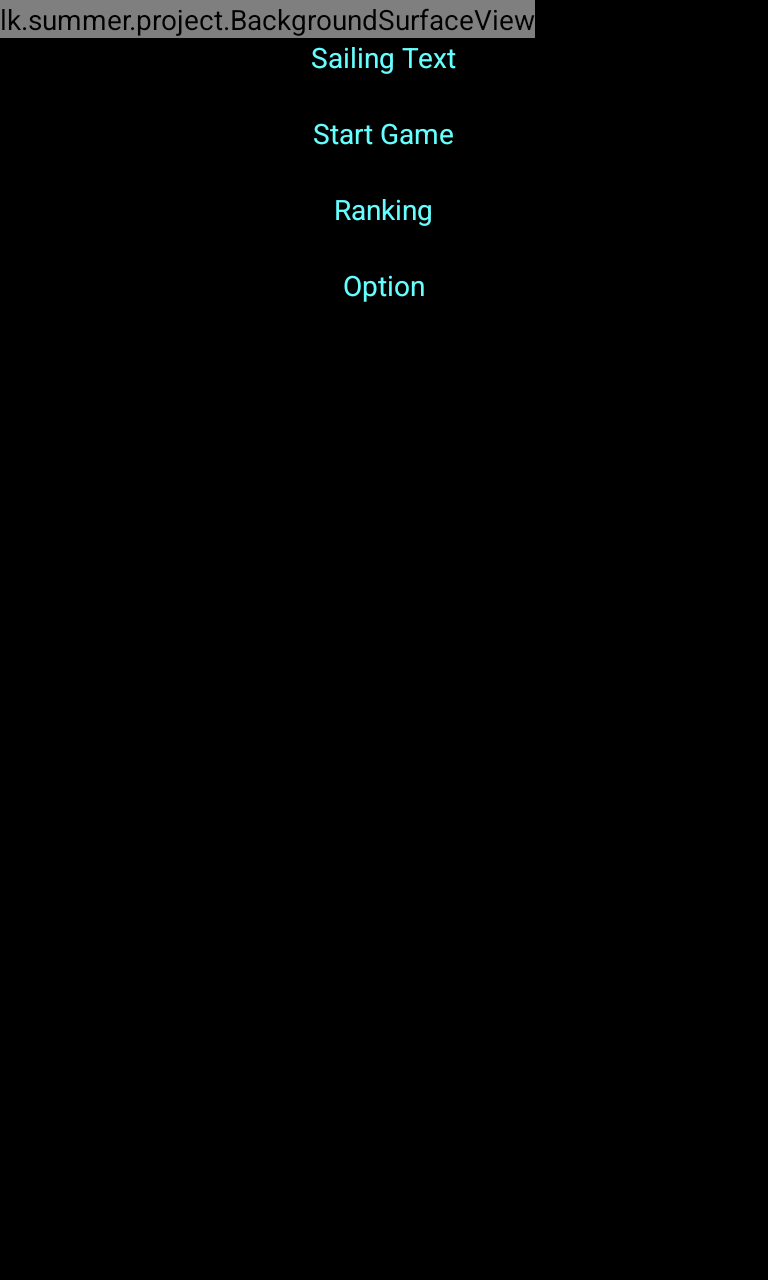
Repository: zwycid/dimension-drive-downside
Layout: lk/gameUIDesign/res/layout/activity_main.xml
These files come from the project's save history. The layout is drawn as it stood at one moment and after the next save; the edit follows.
Pictures or frames that could not be fetched are drawn as grey boxes. It is drawn on a 768 x 1280 px phone screen (xhdpi) without system bars, with theme AppTheme; the app's code is not run. Lists and similar views that code fills are empty.

Above is the layout before, as saved 2012-07-11 18:51:59.

After the next save:
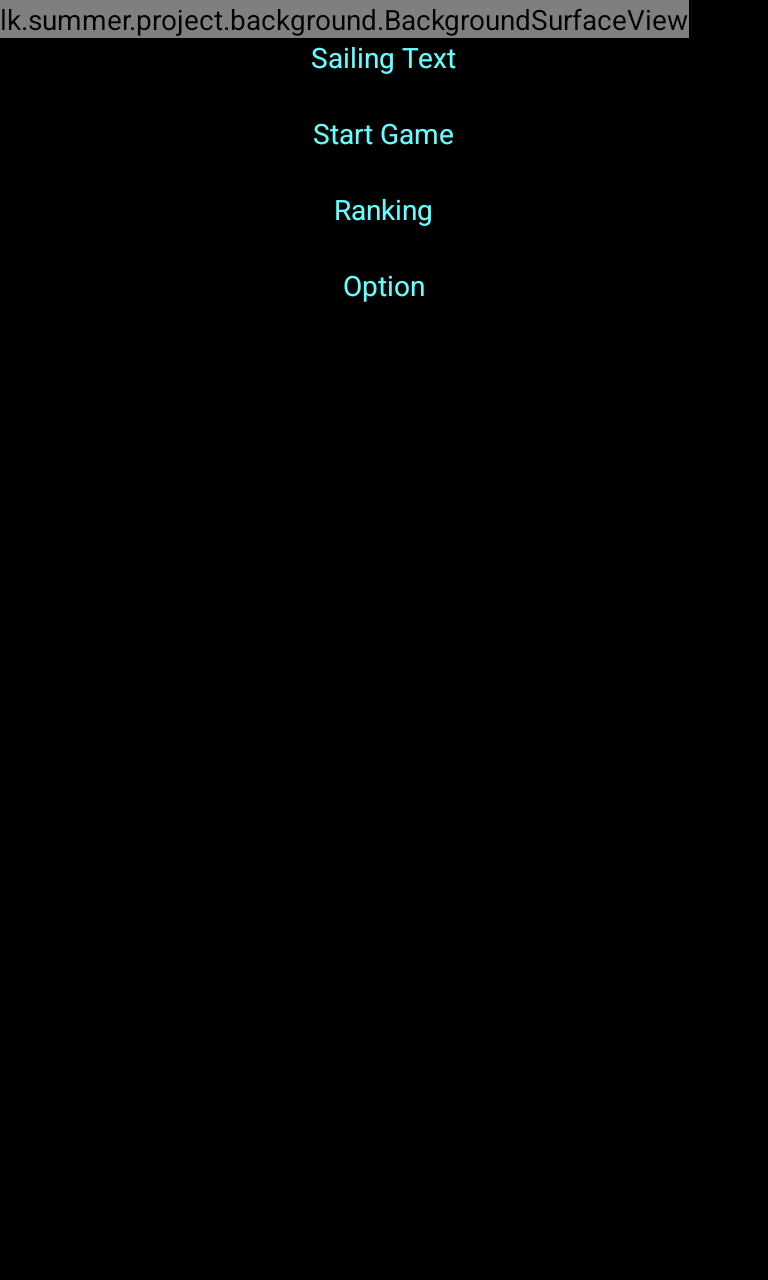
Saved 90 min 41 s later.
--- a/lk/gameUIDesign/res/layout/activity_main.xml
+++ b/lk/gameUIDesign/res/layout/activity_main.xml
@@ -5,7 +5,7 @@
     android:background="#000000"
     android:orientation="vertical" >
 
-    <lk.summer.project.BackgroundSurfaceView
+    <lk.summer.project.background.BackgroundSurfaceView
         android:id="@+id/BackgroundSurfaceView"
         android:layout_width="wrap_content"
         android:layout_height="wrap_content" />
